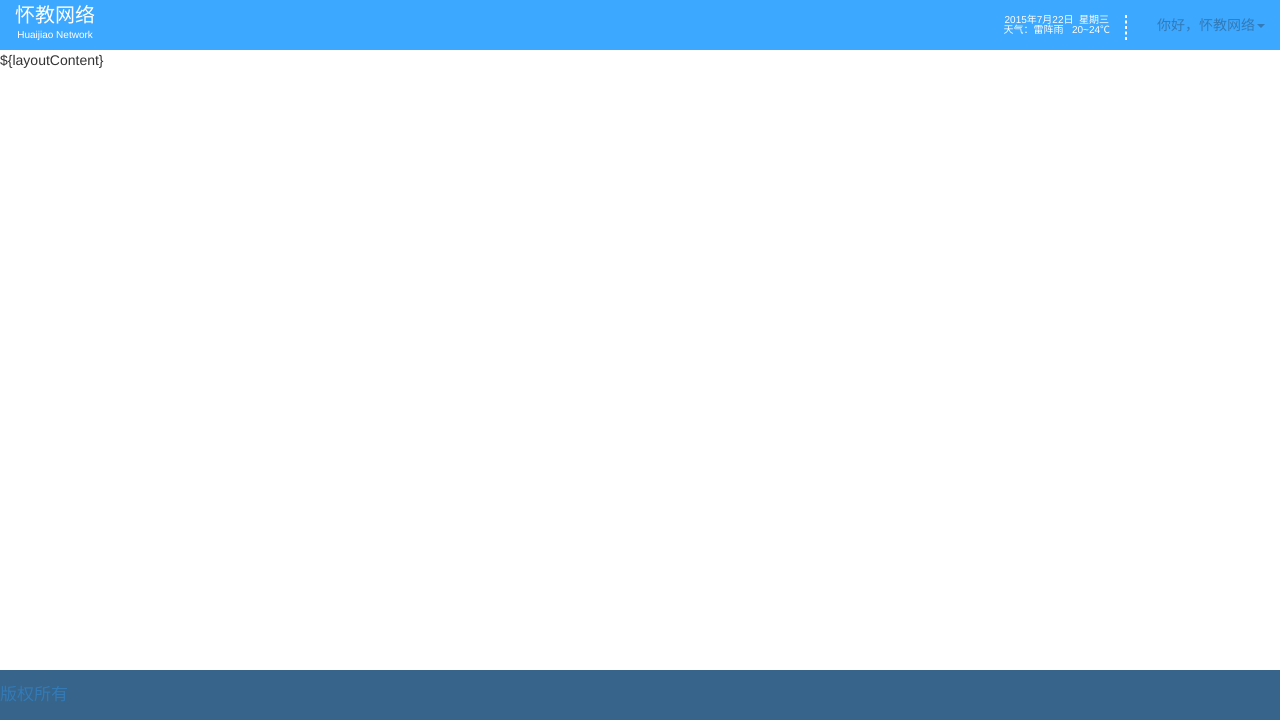
Repository: GaoChengliang/summerTask
Page: Campus_gcl/WebRoot/common/_layout.html
These files come from the project's save history. The page is drawn as it stood at one moment and after the next save; the edit follows.
The browser window is 1280 px wide. The pictures show the whole page.

Above is the page before, as saved 2015-09-08 06:32:37.

### Campus_gcl/WebRoot/common/_layout.html
<!DOCTYPE HTML>
<html lang="zh-CN">
<head>
<meta http-equiv="content-type" content="text/html; charset=UTF-8" />
<meta http-equiv="X-UA-Compatible" content="IE=edge">
<meta name="viewport" content="width=device-width, initial-scale=1.0" />
<title>${title}</title>
<link href="/css/bootstrap.min.css" rel="stylesheet" />
<link href="/css/index/index.css" rel="stylesheet" />
<link href="/css/tabs/jquery-ui.css" rel="stylesheet" />
<link href="/css/tabs/tab.css" rel="stylesheet" />
<link href="/css/sider/mtree.css" rel="stylesheet prefetch">
<link href="/css/sider/styles.css" rel="stylesheet" type="text/css">
<script src="/js/jquery-2.1.4.min.js"></script>
<script src="/js/jquery-ui.js"></script>
<script src="/js/jquery.iframeTabs.js"></script>
<script src="/js/bootstrap.min.js"></script>
<script src="/js/sider/jquery.velocity.min.js"></script>
<script src="/js/sider/mtree.js"></script>
</head>
<body>
	<nav class="navbar navbar-fixed-top">
		<div class="container-fluid" style="background: #3DA8FF;">
			<div class="navbar-header">
				<div class="font-style-big">怀教网络</div>
				<div class="font-style-small">Huaijiao Network</div>
			</div>
			<div id="navbar" class="navbar-collapse collapse">
				<div class="nav navbar-nav navbar-right">
					<div class="navbar-brand">
						<div
							style="width: 0.5px; border: 1px dashed white; float: left; height: 25px;"></div>
					</div>
					<li class="dropdown"><a href="#" class="dropdown-toggle"
						data-toggle="dropdown" role="button" aria-haspopup="true"
						aria-expanded="false">你好，怀教网络<span class="caret"></span></a>
						<ul class="dropdown-menu">
							<li><a href="#">更换皮肤</a></li>
							<li><a href="#">设置</a></li>
							<li><a href="#">退出</a></li>
						</ul></li>
				</div>
				<div class="nav navbar-nav navbar-right">
					<div class="navbar-brand">
						<div class="font-style-small">2015年7月22日&nbsp&nbsp星期三</div>
						<div class="font-style-small">天气：雷阵雨&nbsp&nbsp&nbsp20~24℃</div>
					</div>
				</div>
			</div>
		</div>
	</nav>
	${layoutContent}
	<nav class="navbar navbar-fixed-bottom">
		<div class="font-style-footer" style="background: #36648B; height:50px;">
				<a href="#">版权所有</a>
		</div>
	</nav>

</body>
</html>

### Campus_gcl/WebRoot/css/index/index.css
.drop:link {
	color: #fff;
	TEXT-DECORATION: none
}

.drop:visited {
	color: #fff;
	TEXT-DECORATION: none
}

.drop:hover {
	color: #3DA8FF;
	text-decoration: underline;
}

.drop:active {
	color: #3DA8FF;
	text-decoration: underline;
}

/* Move down content because we have a fixed navbar that is 50px tall */
body {
	padding-top: 50px;
	padding-bottom: 0px;
}

/*
 * Main content
 */
.main {
	padding: 20px;
}

@media ( min-width : 768px) {
	.main {
		padding-right: 40px;
		padding-left: 40px;
	}
}

.body-main {
	padding-top: 50px;
	padding-bottom: 20px;
	padding-left: 20px;
	padding-right: 20px;
}

.sub-header {
	padding-top: 15px;
	padding-bottom: 10px;
	border-bottom: 1px solid #eee;
}

.sub-body {
	padding-top: 10px;
	padding-bottom: 10px;
}

/*
 * Top navigation
 * Hide default border to remove 1px line.
 */
.navbar-fixed-top {
	border: 0;
}

.navbar-fixed-bottom {
	border: 0;
}

/*
 * Sidebar
 */
.sidebar {
	display: none;
}

@media ( min-width : 768px) {
	.sidebar {
		position: fixed;
		top: 60px;
		bottom: 0;
		left: 0;
		z-index: 1000;
		display: block;
		padding: 20px;
		overflow-x: hidden;
		overflow-y: auto;
		background-color: #f5f5f5;
		border-right: 1px solid #eee;
	}
}

@media ( min-width : 768px) {
	.sidebar-2 {
		position: fixed;
		top: 70px;
		bottom: 66px;
		left: 0;
		z-index: 1000;
		display: block;
		padding: 20px;
		overflow-x: hidden;
		overflow-y: auto;
		background-color: #f5f5f5;
		border-right: 1px solid #eee;
	}
}

/* Sidebar navigation */
.nav-sidebar {
	margin-right: -21px; /* 20px padding + 1px border */
	margin-bottom: 20px;
	margin-left: -20px;
}

.nav-sidebar>li>a {
	padding-right: 20px;
	padding-left: 20px;
}

.nav-sidebar>.active>a, .nav-sidebar>.active>a:hover, .nav-sidebar>.active>a:focus
	{
	color: #fff;
	background-color: #428bca;
}

.font-style-big {
	font-size: 20px;
	text-align: center;
	line-height: 150%;
	color: #FFF;
	font-family: "SimHei";
}

.font-style-mid {
	font-size: 12px;
	text-align: center;
	line-height: 150%;
	color: #FFF;
	font-family: "SimHei";
}

.font-style-small {
	font-size: 10px;
	text-align: center;
	line-height: 100%;
	color: #FFF;
}

.font-style-tiny {
	font-size: 8px;
	text-align: center;
	line-height: 100%;
	color: #FFF;
}

.font-style-background-blue {
	background: #3DA8FF;
	font-size: 15px;
	text-align: center;
	line-height: 200%;
	color: #FFF;
	font-family: "SimHei";
}

.font-style-li {
	font-size: 12px;
	text-align: center;
	line-height: 100%;
}

.font-style-footer {
	font-size: 17px;
	line-height: 50px;
	color: #FFF;
}

/*
 * block
 */
.bg-black {
	background: #000000 !important;
}

.bg-white {
	background: #ffffff !important;
}

.bg-lime {
	background: #a4c400 !important;
}

.bg-green {
	background: #60a917 !important;
}

.bg-emerald {
	background: #008a00 !important;
}

.bg-teal {
	background: #00aba9 !important;
}

.bg-cyan {
	background: #1ba1e2 !important;
}

.bg-cobalt {
	background: #0050ef !important;
}

.bg-indigo {
	background: #6a00ff !important;
}

.bg-violet {
	background: #aa00ff !important;
}

.bg-pink {
	background: #dc4fad !important;
}

.bg-magenta {
	background: #d80073 !important;
}

.bg-crimson {
	background: #a20025 !important;
}

.bg-red {
	background: #ce352c !important;
}

.bg-orange {
	background: #fa6800 !important;
}

.bg-amber {
	background: #f0a30a !important;
}

.bg-yellow {
	background: #e3c800 !important;
}

.bg-brown {
	background: #825a2c !important;
}

.bg-olive {
	background: #6d8764 !important;
}

.bg-steel {
	background: #647687 !important;
}

.bg-mauve {
	background: #76608a !important;
}

.bg-taupe {
	background: #87794e !important;
}

.bg-gray {
	background: #555555 !important;
}

.bg-dark {
	background: #333333 !important;
}

.bg-darker {
	background: #222222 !important;
}

.bg-transparent {
	background: transparent !important;
}

.bg-darkBrown {
	background: #63362f !important;
}

.bg-darkCrimson {
	background: #640024 !important;
}

.bg-darkMagenta {
	background: #81003c !important;
}

.bg-darkIndigo {
	background: #4b0096 !important;
}

.bg-darkCyan {
	background: #1b6eae !important;
}

.bg-darkCobalt {
	background: #00356a !important;
}

.bg-darkTeal {
	background: #004050 !important;
}

.bg-darkEmerald {
	background: #003e00 !important;
}

.bg-darkGreen {
	background: #128023 !important;
}

.bg-darkOrange {
	background: #bf5a15 !important;
}

.bg-darkRed {
	background: #9a1616 !important;
}

.bg-darkPink {
	background: #9a165a !important;
}

.bg-darkViolet {
	background: #57169a !important;
}

.bg-darkBlue {
	background: #16499a !important;
}

.bg-lightBlue {
	background: #4390df !important;
}

.bg-lightRed {
	background: #da5a53 !important;
}

.bg-lightGreen {
	background: #7ad61d !important;
}

.bg-lighterBlue {
	background: #00ccff !important;
}

.bg-lightTeal {
	background: #45fffd !important;
}

.bg-lightOlive {
	background: #78aa1c !important;
}

.bg-lightOrange {
	background: #c29008 !important;
}

.bg-lightPink {
	background: #f472d0 !important;
}

.bg-grayDark {
	background: #333333 !important;
}

.bg-grayDarker {
	background: #222222 !important;
}

.bg-grayLight {
	background: #999999 !important;
}

.bg-grayLighter {
	background: #eeeeee !important;
}

.bg-blue {
	background: #00aff0 !important;
}

.fg-black {
	color: #000000 !important;
}

.fg-white {
	color: #ffffff !important;
}

.fg-lime {
	color: #a4c400 !important;
}

.fg-green {
	color: #60a917 !important;
}

.fg-emerald {
	color: #008a00 !important;
}

.fg-teal {
	color: #00aba9 !important;
}

.fg-cyan {
	color: #1ba1e2 !important;
}

.fg-cobalt {
	color: #0050ef !important;
}

.fg-indigo {
	color: #6a00ff !important;
}

.fg-violet {
	color: #aa00ff !important;
}

.fg-pink {
	color: #dc4fad !important;
}

.fg-magenta {
	color: #d80073 !important;
}

.fg-crimson {
	color: #a20025 !important;
}

.fg-red {
	color: #ce352c !important;
}

.fg-orange {
	color: #fa6800 !important;
}

.fg-amber {
	color: #f0a30a !important;
}

.fg-yellow {
	color: #e3c800 !important;
}

.fg-brown {
	color: #825a2c !important;
}

.fg-olive {
	color: #6d8764 !important;
}

.fg-steel {
	color: #647687 !important;
}

.fg-mauve {
	color: #76608a !important;
}

.fg-taupe {
	color: #87794e !important;
}

.fg-gray {
	color: #555555 !important;
}

.fg-dark {
	color: #333333 !important;
}

.fg-darker {
	color: #222222 !important;
}

.fg-transparent {
	color: transparent !important;
}

.fg-darkBrown {
	color: #63362f !important;
}

.fg-darkCrimson {
	color: #640024 !important;
}

.fg-darkMagenta {
	color: #81003c !important;
}

.fg-darkIndigo {
	color: #4b0096 !important;
}

.fg-darkCyan {
	color: #1b6eae !important;
}

.fg-darkCobalt {
	color: #00356a !important;
}

.fg-darkTeal {
	color: #004050 !important;
}

.fg-darkEmerald {
	color: #003e00 !important;
}

.fg-darkGreen {
	color: #128023 !important;
}

.fg-darkOrange {
	color: #bf5a15 !important;
}

.fg-darkRed {
	color: #9a1616 !important;
}

.fg-darkPink {
	color: #9a165a !important;
}

.fg-darkViolet {
	color: #57169a !important;
}

.fg-darkBlue {
	color: #16499a !important;
}

.fg-lightBlue {
	color: #4390df !important;
}

.fg-lighterBlue {
	color: #00ccff !important;
}

.fg-lightTeal {
	color: #45fffd !important;
}

.fg-lightOlive {
	color: #78aa1c !important;
}

.fg-lightOrange {
	color: #c29008 !important;
}

.fg-lightPink {
	color: #f472d0 !important;
}

.fg-lightRed {
	color: #da5a53 !important;
}

.fg-lightGreen {
	color: #7ad61d !important;
}

.fg-grayDark {
	color: #333333 !important;
}

.fg-grayDarker {
	color: #222222 !important;
}

.fg-grayLight {
	color: #999999 !important;
}

.fg-grayLighter {
	color: #eeeeee !important;
}

.fg-blue {
	color: #00aff0 !important;
}

.tile-square {
	width: 150px;
	height: 150px;
	display: block;
	float: left;
	margin: 60px;
	background-color: #eeeeee;
	box-shadow: inset 0 0 1px #FFFFCC;
	cursor: pointer;
	position: relative;
	overflow: hidden;
	-webkit-user-select: none;
	-moz-user-select: none;
	-ms-user-select: none;
	user-select: none;
	overflow: visible;
}

.tile-square:hover {
	outline: #999999 solid 3px;
}

.tile-square:active {
	outline: 0;
}

.tile-square.no-outline {
	outline-color: transparent;
}

.tile-square.small-tile {
	width: 70px;
	height: 70px;
}

.tile-square.wide-tile {
	width: 310px;
	height: 150px;
}

.tile-square.wide-tile-v {
	height: 310px;
	width: 150px;
}

.tile-square.large-tile {
	width: 310px;
	height: 310px;
}

.tile-square.big-tile {
	width: 470px;
	height: 470px;
}

.tile-square.super-tile {
	width: 630px;
	height: 630px;
}

.tile-square .tile-content.flipVertical {
	-webkit-transform: perspective(1000px);
	transform: perspective(1000px);
	overflow: visible;
}

.tile-square:hover .tile-content.flipVertical, .tile-square.hover .tile-content.flipVertical,
	.tile-square.flip .tile-content.flipVertical {
	-webkit-transform: rotateY(180deg);
	transform: rotateY(180deg);
}

.tile-square .tile-content.flipVertical {
	-webkit-transform-style: preserve-3d;
	transform-style: preserve-3d;
	transition: all 0.6s ease;
}

.tile-square .tile-content.flipVertical .slide, .tile-square .tile-content.flipVertical .slide-over
	{
	top: 0;
	left: 0;
	position: absolute;
	height: 100%;
	width: 100%;
	-webkit-backface-visibility: hidden;
	backface-visibility: hidden;
}

.tile-square .tile-content.flipVertical .slide {
	z-index: 2;
	-webkit-transform: rotateY(0deg);
	transform: rotateY(0deg);
}

.tile-square .tile-content.flipVertical .slide-over {
	-webkit-transform: rotateY(180deg);
	transform: rotateY(180deg);
}

.tile-square .tile-content.flipHorizontal {
	-webkit-transform: perspective(1000px);
	transform: perspective(1000px);
	overflow: visible;
}

.tile-square:hover .tile-content.flipHorizontal, .tile-square.hover .tile-content.flipHorizontal,
	.tile-square.flip .tile-content.flipHorizontal {
	-webkit-transform: rotateX(180deg);
	transform: rotateX(180deg);
}

.tile-square .tile-content.flipHorizontal {
	-webkit-transform-style: preserve-3d;
	transform-style: preserve-3d;
	transition: all 0.6s ease;
}

.tile-square .tile-content.flipHorizontal .slide, .tile-square .tile-content.flipHorizontal .slide-over
	{
	top: 0;
	left: 0;
	position: absolute;
	height: 100%;
	width: 100%;
	-webkit-backface-visibility: hidden;
	backface-visibility: hidden;
}

.tile-square .tile-content.flipHorizontal .slide {
	z-index: 2;
	-webkit-transform: rotateX(0deg);
	transform: rotateX(0deg);
}

.tile-square .tile-content.flipHorizontal .slide-over {
	-webkit-transform: rotateX(180deg);
	transform: rotateX(180deg);
}

.tile-square .tile-badge {
	position: absolute;
	bottom: 0;
	right: .625rem;
	padding: .25rem .625rem;
	z-index: 999;
}

.tile-square .tile-label {
	position: absolute;
	bottom: 0;
	left: .625rem;
	padding: .425rem .25rem;
	z-index: 999;
}

.tile-content {
	position: absolute;
	top: 0;
	left: 0;
	width: 100%;
	height: inherit;
	overflow: hidden;
	display: none;
}

.tile-content:first-child {
	display: block;
}

.tile-content .live-slide {
	position: absolute;
	height: 100%;
	width: 100%;
	top: 0;
	left: 0;
	display: none;
	overflow: hidden;
}

.tile-content .live-slide:nth-child(1) {
	display: block;
}

.tile-content.iconic .icon {
	position: absolute;
	width: 64px;
	height: 64px;
	font-size: 64px;
	top: 50%;
	margin-top: -40px;
	left: 50%;
	margin-left: -32px;
	text-align: center;
}

### Campus_gcl/WebRoot/css/tabs/tab.css
/* Misc visuals
----------------------------------*/

/* Corner radius */
.ui-corner-tl { -moz-border-radius-topleft: 4px; -webkit-border-top-left-radius: 4px; border-top-left-radius: 4px; }
.ui-corner-tr { -moz-border-radius-topright: 4px; -webkit-border-top-right-radius: 4px; border-top-right-radius: 4px; }
.ui-corner-bl { -moz-border-radius-bottomleft: 4px; -webkit-border-bottom-left-radius: 4px; border-bottom-left-radius: 4px; }
.ui-corner-br { -moz-border-radius-bottomright: 4px; -webkit-border-bottom-right-radius: 4px; border-bottom-right-radius: 4px; }
.ui-corner-top { -moz-border-radius-topleft: 4px; -webkit-border-top-left-radius: 4px; border-top-left-radius: 4px; -moz-border-radius-topright: 4px; -webkit-border-top-right-radius: 4px; border-top-right-radius: 4px; }
.ui-corner-bottom { -moz-border-radius-bottomleft: 4px; -webkit-border-bottom-left-radius: 4px; border-bottom-left-radius: 4px; -moz-border-radius-bottomright: 4px; -webkit-border-bottom-right-radius: 4px; border-bottom-right-radius: 4px; }
.ui-corner-right {  -moz-border-radius-topright: 4px; -webkit-border-top-right-radius: 4px; border-top-right-radius: 4px; -moz-border-radius-bottomright: 4px; -webkit-border-bottom-right-radius: 4px; border-bottom-right-radius: 4px; }
.ui-corner-left { -moz-border-radius-topleft: 4px; -webkit-border-top-left-radius: 4px; border-top-left-radius: 4px; -moz-border-radius-bottomleft: 4px; -webkit-border-bottom-left-radius: 4px; border-bottom-left-radius: 4px; }
.ui-corner-all { -moz-border-radius: 4px; -webkit-border-radius: 4px; border-radius: 4px; }

.ui-widget-header {
	background: #ffffff;
}

.ui-tabs .ui-tabs-nav {
	margin: 0;
	padding: 0;
	border: none;
}

.ui-tabs .ui-tabs-nav li.ui-tabs-active {
	background: #dddfe3;
}

.ui-tabs .ui-tabs-nav li:hover {
	background: #bcbfe3;
}

/* firefox hack */
@-moz-document url-prefix() {
	.ui-tabs .ui-tabs-nav .ui-tabs-anchor {
		height: 16px;
	}
	.ui-tabs .ui-tabs-nav .ui-tabs-anchor span {
		position: relative;
		top: -15px;
	}
}

.ui-state-focus a,
.ui-widget-header .ui-state-focus a {
	border-right: none;
}

.tab-wrapper {
	width: 97%;
}

.tab-frame {
	border: none;
}

### Campus_gcl/WebRoot/css/sider/mtree.css
ul.mtree {
  opacity: 0;
  margin-left: 0;
  padding: 1.2em;
}
ul.mtree ul {
  margin-left: 1em;
}
ul.mtree li {
  list-style: none;
}
ul.mtree a {
  display: block;
}
ul.mtree li.mtree-node > a {
  font-weight: bold;
}

ul.mtree a {
  -webkit-transition: all 300ms ease-out;
  -moz-transition: all 300ms ease-out;
  -ms-transition: all 300ms ease-out;
  -o-transition: all 300ms ease-out;
  transition: all 300ms ease-out;
}

ul.mtree.bubba ul {
  margin-left: 0;
}
ul.mtree.bubba ul li {
  font-size: .9em;
}
ul.mtree.bubba li.mtree-node > a:after {
  content: '›';
  margin-left: .5em;
  font-weight: normal;
}
ul.mtree.bubba li.mtree-node > a {
  font-weight: bold;
  text-transform: upperCase;
}
ul.mtree.bubba > li {
  border-bottom: 1px solid #DDD;
}
ul.mtree.bubba > li:last-child {
  border-bottom: none;
}
ul.mtree.bubba li:last-child > a {
  border: none;
}
ul.mtree.bubba > li.mtree-open > a {
  background: #DDD;
}
ul.mtree.bubba li > a:hover {
  background: #DDD;
}
ul.mtree.bubba li.mtree-active > a {
  background: #FFC000;
  color: #FFF;
}
ul.mtree.bubba a {
  padding: 7px 0px 7px 1em;
}
ul.mtree.bubba li li > a {
  padding-left: 2em;
}
ul.mtree.bubba li li li > a {
  padding-left: 3em;
}
ul.mtree.bubba li li li li > a {
  padding-left: 4em;
}
ul.mtree.bubba li li li li li > a {
  padding-left: 5em;
}

ul.mtree.skinny li {
  font-size: .9em;
}
ul.mtree.skinny a {
  padding: 0px 18px;
  color: #555;
}
ul.mtree.skinny a:hover {
  text-decoration: underline;
}
ul.mtree.skinny li.mtree-node:before {
  float: left;
  margin-left: .5em;
  zoom: .8;
  margin-top: .1em;
  color: #777;
}
ul.mtree.skinny li.mtree-open:before {
  content: '-';
}
ul.mtree.skinny li.mtree-closed:before {
  content: '+';
}
ul.mtree.skinny ul > li:first-child {
  margin-top: .1em;
}
ul.mtree.skinny ul > li:last-child {
  margin-bottom: .3em;
}
ul.mtree.skinny ul a {
  color: #666;
}

ul.mtree.transit {
  background: #111;
}
ul.mtree.transit ul {
  margin-left: 0;
}
ul.mtree.transit ul > li {
  font-size: .9em;
}
ul.mtree.transit li.mtree-node {
  position: relative;
}
ul.mtree.transit li.mtree-node > a:before {
  color: #CCC;
  font-weight: normal;
  position: absolute;
  right: 20px;
}
ul.mtree.transit li.mtree-open > a:before {
  content: '-';
}
ul.mtree.transit li.mtree-closed > a:before {
  content: '+';
}
ul.mtree.transit ul > li:first-child {
  margin-top: 1px;
}
ul.mtree.transit li.mtree-open > a {
  background: #222;
}
ul.mtree.transit li > a:hover, ul.mtree.transit li.mtree-active > a {
  background: #333;
  color: #FFF;
}
ul.mtree.transit li.mtree-node > ul > li:last-child {
  margin-bottom: .5em;
  padding-bottom: .5em;
  border-bottom: 1px solid #333;
}
ul.mtree.transit li.mtree-node:last-child > ul > li:last-child {
  margin-bottom: 0;
  padding-bottom: 0;
  border-bottom: none;
}
ul.mtree.transit a {
  padding: 5px 0px 5px 0.8em;
  color: #CCC;
}
ul.mtree.transit li li > a {
  padding-left: 1.6em;
}
ul.mtree.transit li li li > a {
  padding-left: 2.4em;
}
ul.mtree.transit li li li li > a {
  padding-left: 3.2em;
}
ul.mtree.transit li li li li li > a {
  padding-left: 4em;
}

ul.mtree.jet ul {
  margin-left: 0;
}
ul.mtree.jet li {
  margin-bottom: 1px;
}
ul.mtree.jet li:last-child {
  margin-bottom: 0px;
}
ul.mtree.jet li:first-child {
  margin-top: 1px;
}
ul.mtree.jet li.mtree-active a {
  background: #E3E3E3;
}
ul.mtree.jet li.mtree-active li:last-child > a {
  border-radius: 0px 0px 3px 3px;
}
ul.mtree.jet li.mtree-active > a {
  background: #008cba;
  color: #FFF;
  border-radius: 3px 3px 0px 0px;
}
ul.mtree.jet li > a:hover {
  background: #FFC000;
  color: #FFF;
}
ul.mtree.jet a {
  padding: 5px 0px 5px 1em;
}
ul.mtree.jet li li > a {
  padding-left: 2em;
}
ul.mtree.jet li li li > a {
  padding-left: 3em;
}
ul.mtree.jet li li li li > a {
  padding-left: 4em;
}
ul.mtree.jet li li li li li > a {
  padding-left: 5em;
}

ul.mtree.nix {
  background: none;
}
ul.mtree.nix a {
  display: inline;
}
ul.mtree.nix ul {
  margin-left: 1em;
}
ul.mtree.nix ul > li {
  list-style-position: inside;
}
ul.mtree.nix li {
  list-style: disc;
}

### Campus_gcl/WebRoot/css/sider/styles.css
@charset "UTF-8";
ul.mtree {
  opacity: 0;
  margin-left: 0;
  padding: 1em;
}
ul.mtree ul {
  margin-left: 1em;
}
ul.mtree li {
  list-style: none;
}
ul.mtree a {
  display: block;
  font-size: 14px;
  line-height: 100%;
  color: #000;
}
ul.mtree li.mtree-node > a {
	font-size: 14px;
	 line-height: 100%;
  font-weight: bold;
}

ul.mtree li.mtree-node > div {
  font-weight: bold;
}

ul.mtree a {
  -webkit-transition: all 300ms ease-out;
  -moz-transition: all 300ms ease-out;
  -ms-transition: all 300ms ease-out;
  -o-transition: all 300ms ease-out;
  transition: all 300ms ease-out;
}

ul.mtree.bubba ul {
  margin-left: 0;
}
ul.mtree.bubba ul li {
  font-size: .9em;
}
ul.mtree.bubba li.mtree-node > a:after {
  content: '›';
  margin-left: .5em;
  font-weight: normal;
}
ul.mtree.bubba li.mtree-node > a {
  font-weight: bold;
  text-transform: upperCase;
}
ul.mtree.bubba > li {
  border-bottom: 1px solid #DDD;
}
ul.mtree.bubba > li:last-child {
  border-bottom: none;
}
ul.mtree.bubba li:last-child > a {
  border: none;
}
ul.mtree.bubba > li.mtree-open > a {
  background: #DDD;
}
ul.mtree.bubba li > a:hover {
  background: #EEE;
}
ul.mtree.bubba li.mtree-active > a {
  background: #EEE;
  color: #3DA8FF;
}
ul.mtree.bubba a {
  padding: 7px 0px 7px 1em;
}
ul.mtree.bubba li li > a {
  padding-left: 0em;
}
ul.mtree.bubba li li li > a {
  padding-left: 3em;
}
ul.mtree.bubba li li li li > a {
  padding-left: 4em;
}
ul.mtree.bubba li li li li li > a {
  padding-left: 5em;
}


.mtree-demo .mtree {
  background: #EEE;
  margin: 20px auto;
  max-width: 320px;
  border-radius: 3px;
}

.mtree-skin-selector {
  text-align: center;
  background: #EEE;
  padding: 10px 0 15px;
}
.mtree-skin-selector li {
  display: inline-block;
  float: none;
}
.mtree-skin-selector button {
  padding: 5px 10px;
  margin-bottom: 1px;
  background: #BBB;
}
.mtree-skin-selector button:hover {
  background: #999;
}
.mtree-skin-selector button.active {
  background: #999;
  font-weight: bold;
}
.mtree-skin-selector button.csl.active {
  background: #3DA8FF;
}

### Campus_gcl/WebRoot/js/jquery.iframeTabs.js
/**
 * jQuery iframeTabs
 *
 * @author guorui
 * @date 2015-6-19
 */
;(function($){
	$.fn.iframeTabs = function(options) {
		var $this = $(this);
		var settings = $.extend({}, $.fn.iframeTabs.defaults, options);

		var tabHolder = [];

		var tabObj = $this.tabs(settings);

		var panels = $this.find('div.ui-tabs-panel');
		if(settings.wrapperClass) {
			panels.addClass(settings.wrapperClass);
		}

		if(settings.height) {
			tabObj.find("div.ui-tabs-panel").height(settings.height);
		}

		$.each(panels, function() {
			tabHolder.push($(this).attr('id'));
		});


		function refresh() {
			tabObj.tabs("refresh");
			if(settings.height) {
				tabObj.find("div.ui-tabs-panel").height(settings.height);
			}
		};

		tabObj.delegate("span.ui-icon-close", "click", function(event) {
			var current = $(this).closest("li");
			var tabId = current.remove().attr("aria-controls");
			$("#" + tabId).remove();

			var index = $.inArray(tabId, tabHolder);
			tabHolder.splice(index, 1);
			refresh();
		});

		$this.addTab = function(tabId, title, url) {
			var index = $.inArray(tabId, tabHolder);
			if(index > 0) {
				tabObj.tabs("option", "active", index);
			} else {
				var tabTemplate = "<li><a href='#{tabId}'>#{title}<span style='float:right;cursor:pointer;' class='ui-icon ui-icon-close'></span></a></li>";
				var contentTemplate = "<div id='#{tabId}'><iframe scrolling='auto' frameborder='0' class='tab-frame' height='100%' width='100%' src='#{url}'></iframe></div>";

				var li = $(tabTemplate.replace(/#\{tabId\}/g, "#"+tabId).replace(/#\{title\}/g, title));
				var content = $(contentTemplate.replace(/#\{tabId\}/g, tabId).replace(/#\{url\}/g, url));
				tabObj.find(".ui-tabs-nav").append(li);
				tabObj.append(content);
				if(settings.wrapperClass) {
					tabObj.find("div.ui-tabs-panel").not('.'+settings.wrapperClass).addClass(settings.wrapperClass);
				}
				refresh();
				tabHolder.push(tabId);
				tabObj.tabs("option", "active", tabHolder.length -1);
			}
		}

		return $this;
	};
})(jQuery);

/**
 * jQuery.fn.iframeTabs.defaults
 */
jQuery.fn.iframeTabs.defaults = {
	heightStyle: "auto"
};

Loaded but not shown: Campus_gcl/WebRoot/css/bootstrap.min.css (library); Campus_gcl/WebRoot/css/tabs/jquery-ui.css (library); Campus_gcl/WebRoot/js/jquery-2.1.4.min.js (library); Campus_gcl/WebRoot/js/jquery-ui.js (library); Campus_gcl/WebRoot/js/bootstrap.min.js (library); Campus_gcl/WebRoot/js/sider/jquery.velocity.min.js (library); Campus_gcl/WebRoot/js/sider/mtree.js (142 lines, source omitted)

After the next save:
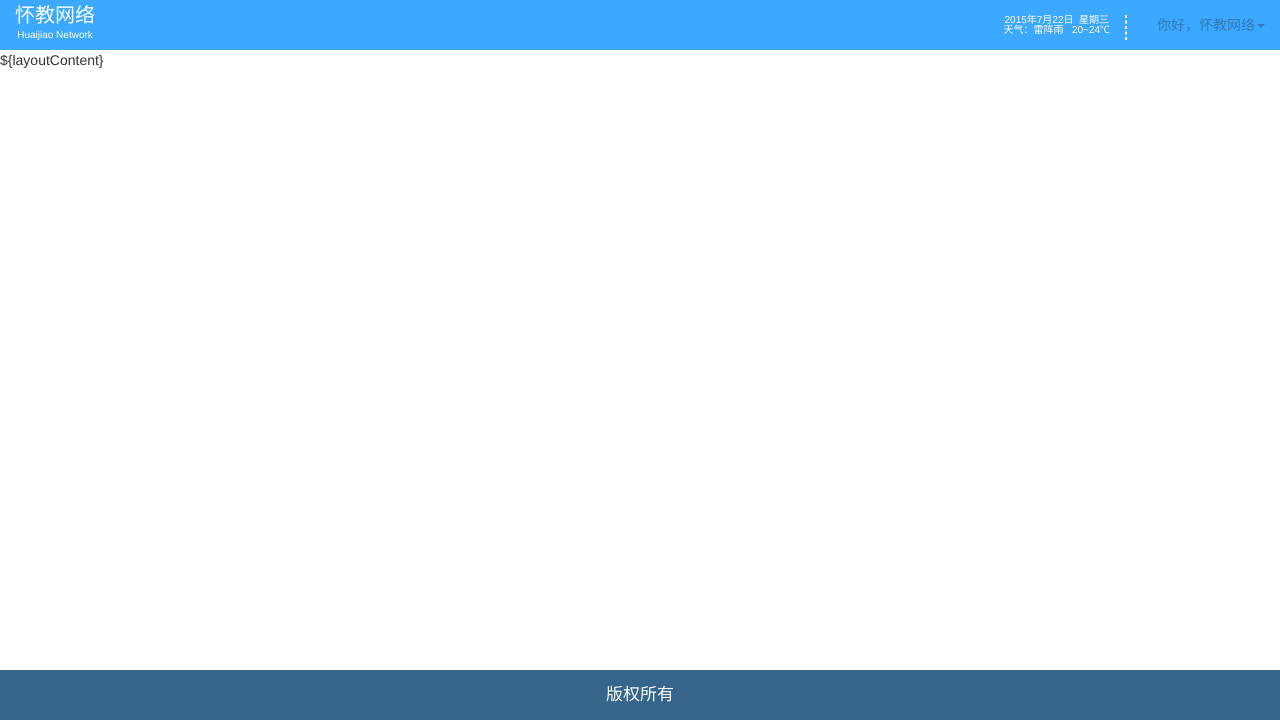
Saved 35 s later.
--- a/Campus_gcl/WebRoot/common/_layout.html
+++ b/Campus_gcl/WebRoot/common/_layout.html
@@ -51,8 +51,8 @@
 	</nav>
 	${layoutContent}
 	<nav class="navbar navbar-fixed-bottom">
-		<div class="font-style-footer" style="background: #36648B; height:50px;">
-				<a href="#">版权所有</a>
+		<div class="container-fluid font-style-footer" style="background: #36648B; height:50px; text-align:center">
+				<a class="font-style-footer" href="#">版权所有</a>
 		</div>
 	</nav>
 
